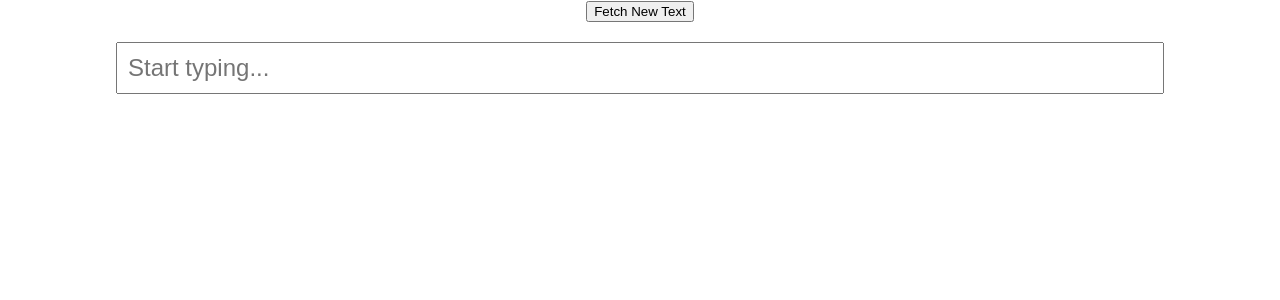
Repository: abhaysharma20233009/swiftKey
Page: / (app in frontend/my-app/)
These files come from the project's save history. The page is drawn as it stood at one moment and after the next save; the edit follows.
The browser window is 1280 px wide. The pictures show the whole page.
The page's requests for data from a server got no answer. The project was rebuilt for these pictures with package versions that can differ from the ones it lists, and the page was loaded fresh each time. No one was signed in, and anything a server would have sent is missing. Also part of the build but not shown: frontend/my-app/src/App.css.

Above is the page before, as saved 2024-10-09 17:53:17.

After the next save:
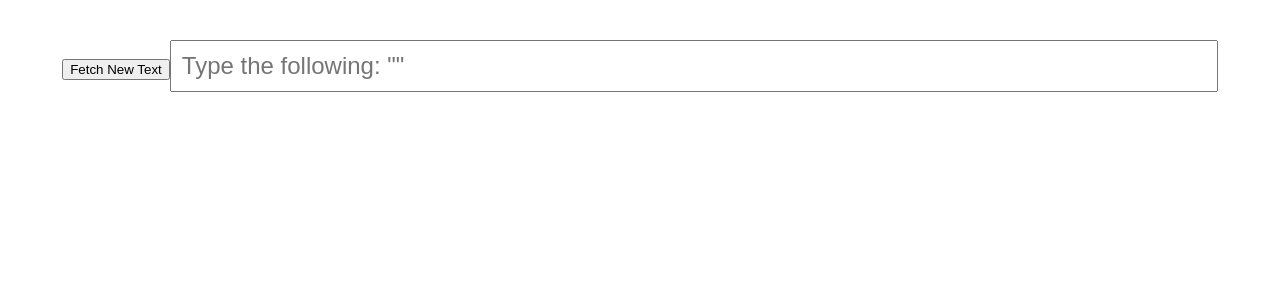
Saved 26 s later.
--- a/frontend/my-app/src/App.js
+++ b/frontend/my-app/src/App.js
@@ -1,31 +1,48 @@
-import React, { useState } from 'react';
+import React, { useState, useEffect } from 'react';
 import './App.css';
 
 function App() {
     const [message, setMessage] = useState('');
     const [inputValue, setInputValue] = useState('');
+    const [currentWordIndex, setCurrentWordIndex] = useState(0);
 
     const fetchMessages = async () => {
         try {
             const response = await fetch('http://localhost:7000/random-paragraph');
             const data = await response.json();
             setMessage(data); // Assume data is a string paragraph
-            setInputValue(''); // Clear the input field when fetching new text
+            setInputValue(''); // Clear the input field
+            setCurrentWordIndex(0); // Reset the current word index
         } catch (error) {
             console.error('Error fetching messages:', error);
         }
     };
 
+    useEffect(() => {
+        fetchMessages();
+    }, []);
+
     const handleInputChange = (e) => {
-        setInputValue(e.target.value);
+        const value = e.target.value;
+        setInputValue(value);
+
+        const words = message.split(' ');
+        const currentWord = words[currentWordIndex] || '';
+
+        // Check if the typed characters match the current word
+        if (currentWord.startsWith(value.trim())) {
+            if (value.trim() === currentWord) {
+                setCurrentWordIndex((prevIndex) => prevIndex + 1);
+                setInputValue(''); // Clear the input field
+            }
+        }
     };
 
+    const words = message.split(' ');
+
     return (
-        <div style={{ textAlign: 'center' }}>
+        <div style={{ textAlign: 'center', marginTop: '20px' }}>
             <button onClick={fetchMessages}>Fetch New Text</button>
-            <div style={{ fontSize: '24px', margin: '20px 0' }}>
-                {message}
-            </div>
             <input
                 type="text"
                 value={inputValue}
@@ -34,9 +51,24 @@ function App() {
                     fontSize: '24px',
                     width: '80%',
                     padding: '10px',
+                    margin: '20px 0',
                 }}
-                placeholder="Start typing..."
+                placeholder={`Type the following: "${message}"`} // Show the entire message
             />
+            <div style={{ fontSize: '24px', marginTop: '10px' }}>
+                {words.map((word, index) => (
+                    <span
+                        key={index}
+                        style={{
+                            padding: '0 5px',
+                            color: index === currentWordIndex ? 'blue' : 'black',
+                            textDecoration: index < currentWordIndex ? 'line-through' : 'none',
+                        }}
+                    >
+                        {word}
+                    </span>
+                ))}
+            </div>
         </div>
     );
 }
